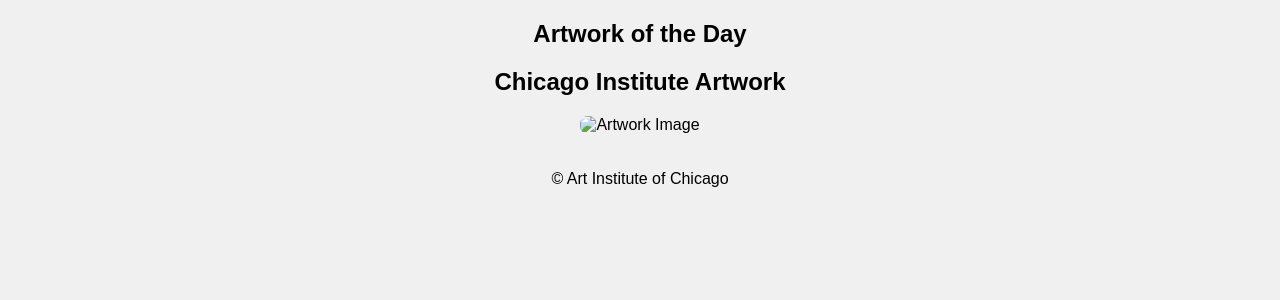
Repository: Bearandbird/amber-hinojos-API-project-haumea
Page: index.html
An editor plug-in stored every save of this project. The page is shown before and after the next save, followed by the edit.
The browser window is 1280 px wide. The pictures show the whole page.
The page's requests for data from a server got no answer.

Above is the page before, as saved 2024-05-25 08:02:43.

After the next save:
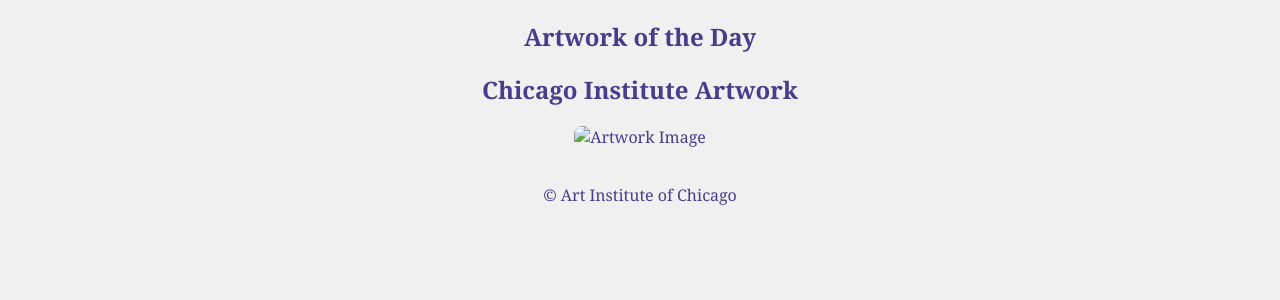
Saved 10 min 57 s later.
--- a/index.css
+++ b/index.css
@@ -1,6 +1,7 @@
 body {
-    font-family: Arial, sans-serif;
+    font-family: Cambria, Cochin, Georgia, Times, 'Times New Roman', serif;
     background-color: #f0f0f0;
+    color: darkslateblue;
     text-align: center;
   }
 
